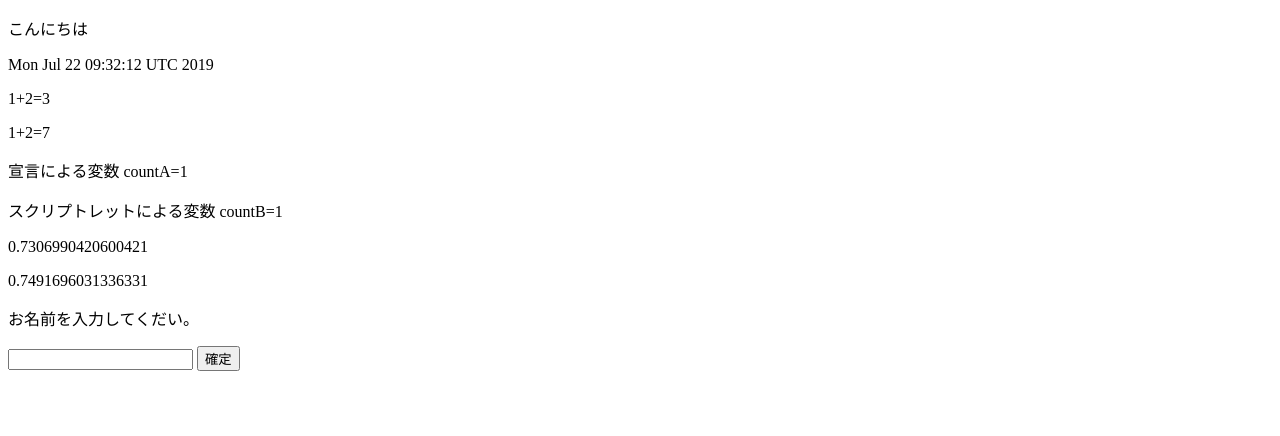
Repository: xnjsuxzc1825/test
Page: http://localhost/HelloJSP/
An editor plug-in stored every save of this project. The page is shown before and after the next save, followed by the edit.
The browser window is 1280 px wide. The pictures show the whole page.
The page is served by Tomcat 9.

Above is the page before, as saved 2019-07-24 10:02:39.

### HelloJSP/WebContent/index.jsp
<%@ page language="java" contentType="text/html; charset=UTF-8" pageEncoding="UTF-8" %>
<!DOCTYPE html>
<html>
	<head>
	<meta charset="UTF-8">
	<title>TEST</title>
</head>
<body>
<p>こんにちは</p>
<%--コメント--%>

<%--スクリプトレット--%>
<% out.println(new java.util.Date()); %>
<%--JSPのタグでは記述できない処理をJavaコードで処理する場合に使用する --%>

<%--宣言文--%>
<%! int add(int a, int b){
		return a+b;
}%>
<%--変数、メソッドを宣言--%>

<%--式--%>
<p>1+2=<%=add(1,2) %></p>
<p>1+2=<%=add(3,4) %></p>
<%--Javaコードを記述し、その実行結果を表示する。voidのメソッドや変数の宣言のみを式に記述することは出来ない --%>

<%! int countA=0; %>
<% int countB=0;
	countA++;
	countB++;
%>

<p>宣言による変数 countA=<%=countA %></p>
<p>スクリプトレットによる変数 countB=<%=countB %></p>

<p><% out.println(Math.random()); %></p>
<p><%=Math.random() %></p>

<p>お名前を入力してくだい。</p>
<form method="post" action="greeting-out.jsp">
<input type="text" name="user">
<input type="submit" value="確定">
</form>
</body>
</html>

After the next save:
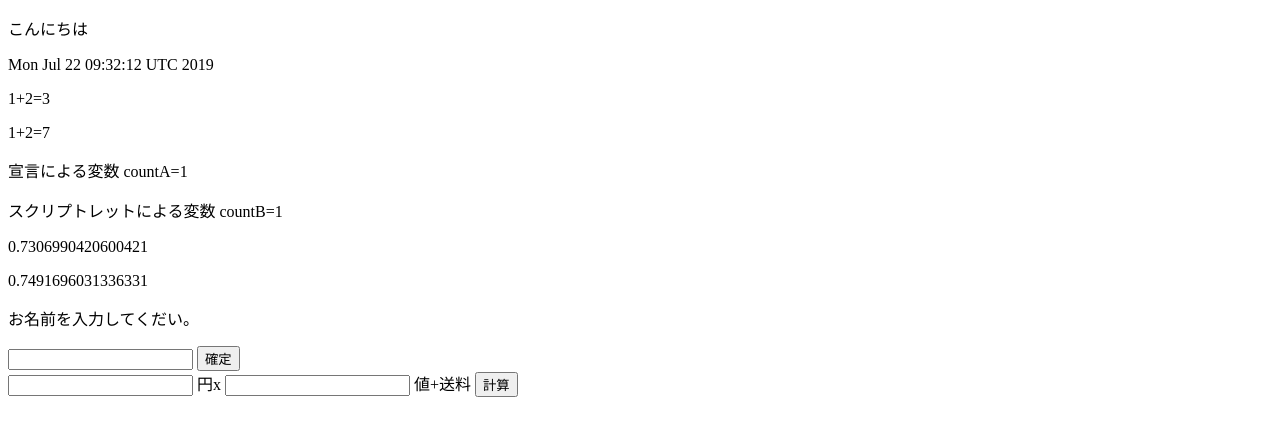
Saved 4 min 37 s later.
--- a/HelloJSP/WebContent/index.jsp
+++ b/HelloJSP/WebContent/index.jsp
@@ -41,5 +41,17 @@
 <input type="text" name="user">
 <input type="submit" value="確定">
 </form>
+
+<form method="post" action="total-out.jsp">
+<input type="text" name="price">
+円x
+<input type="text" name="count">
+値+送料
+<input type="submit" value="計算">
+</form>
+
+
+
+
 </body>
 </html>
